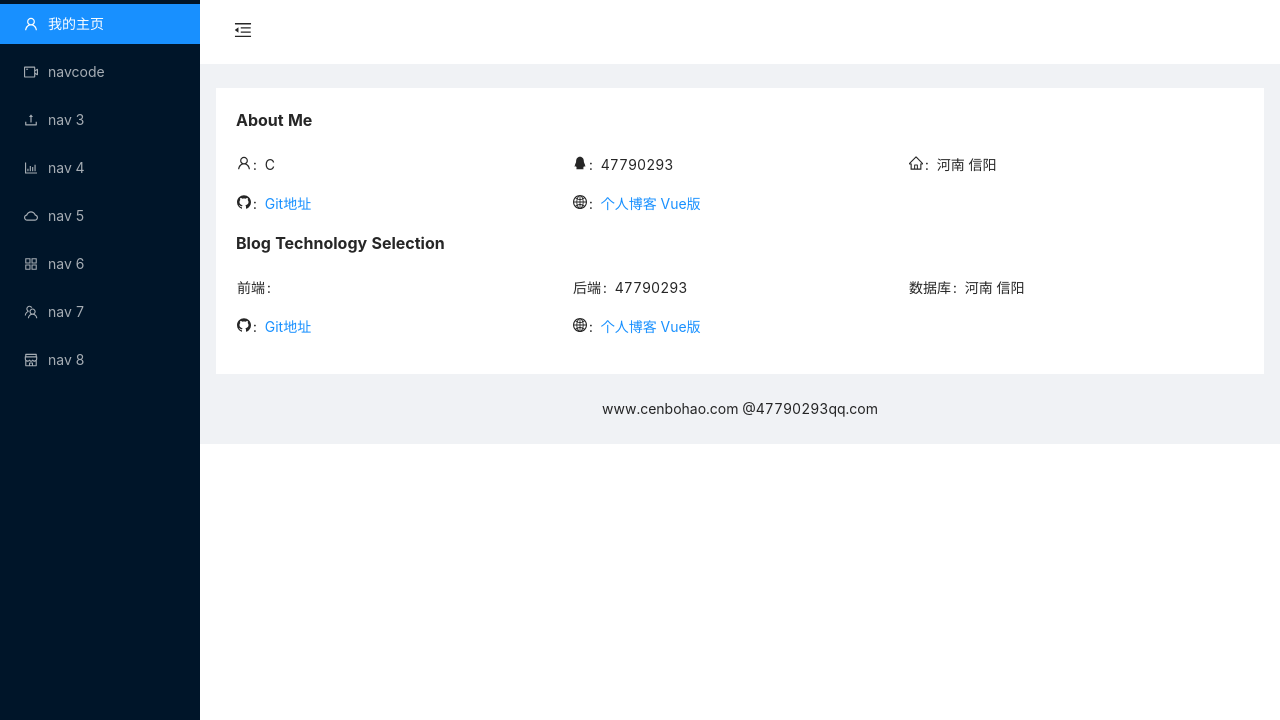
Repository: CBH20010703/bolgsweb
Page: /index (app in blogs/)
An editor plug-in stored every save of this project. The page is shown before and after the next save, followed by the edit.
The browser window is 1280 px wide. The pictures show the whole page.
The project was rebuilt for these pictures with package versions that can differ from the ones it lists, and the page was loaded fresh each time. Also part of the build but not shown: blogs/src/view/Login/Login.jsx, blogs/src/component/Menu/MenuList.css, blogs/src/view/Home/Home.css, blogs/src/view/NavCode/NavCode.css, blogs/src/view/NavCode/NavCode.jsx, blogs/src/view/404/Error.jsx.

Above is the page before, as saved 2021-06-27 22:35:00.

### blogs/src/index.js
import React from 'react';
import ReactDOM from 'react-dom';
import './index.css';
import App from './App';
import { BrowserRouter} from 'react-router-dom'


ReactDOM.render(<BrowserRouter><App /></BrowserRouter>,document.getElementById('root'));

### blogs/src/App.js
import './App.css';
import { React, Component } from "react";

import  RouterMap from "./router/RouterMap"
export default class  App extends Component {
  constructor(props) {
    super(props);
    this.state = {  collapsed: false, }
  }
  toggle = (data) => {
     console.log(data)
    this.setState({
      collapsed: data,
    });
  };
  render() {
    return (
      <RouterMap/>
    );
  }
}

### blogs/src/router/RouterMap.js
import React from 'react'
import {  Route, Switch} from 'react-router-dom'
import Login from "../view/Login/Login"
import Context from '../view/context/context'
import Error from '../view/404/Error'
export default class RouterMap  extends React.Component {
    render() {
        return (


            <Switch>
                 <Route  path="/"  component={Context}/>
                <Route path="/login" component={Login} />

                    <Route path="*" component={Error} />

               </Switch>


        )
    }
}

### blogs/src/view/context/context.jsx

import { React, Component } from "react";
import Headers from '../../component/Header/Headers';
import MenuList from '../../component/Menu/MenuList';
import Footers from '../../component/Footer/Footers';

import { Layout } from 'antd';
import { Redirect, Route, Switch } from 'react-router-dom'
import Home from "../Home/Home.jsx";
import Navcode from "../NavCode/NavCode.jsx"
import Error from "../404/Error";
const { Content, Sider } = Layout;
export default class Context extends Component {
  constructor(props) {
    super(props);
    this.state = { collapsed: false, }
  }
  toggle = (data) => {
    console.log(data)
    this.setState({
      collapsed: data,
    });
  };
  render() {
    return (

      <Layout>
        <Sider trigger={null} collapsible collapsed={this.state.collapsed}
          style={{
            overflow: 'auto',
            height: '100vh',
            position: 'fixed',
            left: 0,
          }}
        >
          <MenuList />
        </Sider>
        <Layout className="site-layout" style={{ paddingLeft: this.state.collapsed ? "60px" : "200px", transition: "0.1s ease" }}>
          <Headers toggle={this.toggle} parent={this.state.collapsed}></Headers>
          <Content style={{ margin: '24px 16px 0', height: "auto", background: "#fff" }}>
            <Switch>
              <Route path="/index" component={Home} />
              <Route path="/NavCode" component={Navcode} />
              <Route path="*" component={Error} />
              <Redirect to="/index"></Redirect>
            </Switch>
          </Content>
          <Footers />
        </Layout>
      </Layout>


    );
  }
}

### blogs/src/component/Header/Headers.jsx
import React, { Component } from 'react'
import { Layout } from 'antd';


import {
  MenuUnfoldOutlined,
  MenuFoldOutlined,
} from '@ant-design/icons';
import "./Headers.css"
const { Header } = Layout;
export default class Headers extends Component {
    constructor(props) {
        super(props)
        this.state = {
            isShow:false
        }
    }
    Tab = () => {
        let { isShow } = this.state;
        this.setState({
            isShow:!isShow
        })
        this.props.toggle(!isShow);

    }
    render() {

        return (

                <Header className="site-layout-background" style={{ paddingLeft:"10px" }} >
                     {React.createElement(this.state.isShow ? MenuUnfoldOutlined : MenuFoldOutlined, {
              className: 'trigger',
                         onClick: this.Tab,

            })}
                </Header>

        )
    }
}

### blogs/src/component/Menu/MenuList.jsx
import React, { Component } from 'react'
import { Menu } from 'antd';
import {Link} from 'react-router-dom'
import "./MenuList.css"
import {
  AppstoreOutlined,
  BarChartOutlined,
  CloudOutlined,
  ShopOutlined,
  TeamOutlined,
  UserOutlined,
  UploadOutlined,
  VideoCameraOutlined,
} from '@ant-design/icons';
export default class MenuList extends Component {
  render() {
    return (

         <Menu theme="dark" mode="inline" defaultSelectedKeys={['1']}>
          <Menu.Item key="1"  icon={<UserOutlined />}>
          <Link to="/index"> 我的主页
            </Link>

          </Menu.Item>
          <Menu.Item key="2" icon={<VideoCameraOutlined />}>
          <Link to="/NavCode"> navcode
            </Link>

          </Menu.Item>
          <Menu.Item key="3" icon={<UploadOutlined />}>
            nav 3
          </Menu.Item>
          <Menu.Item key="4" icon={<BarChartOutlined />}>
            nav 4
          </Menu.Item>
          <Menu.Item key="5" icon={<CloudOutlined />}>
            nav 5
          </Menu.Item>
          <Menu.Item key="6" icon={<AppstoreOutlined />}>
            nav 6
          </Menu.Item>
          <Menu.Item key="7" icon={<TeamOutlined />}>
            nav 7
          </Menu.Item>
          <Menu.Item key="8" icon={<ShopOutlined />}>
            nav 8
          </Menu.Item>
        </Menu>
    )
  }
}

### blogs/src/component/Footer/Footers.jsx
import React, { Component } from 'react'
import { Layout } from 'antd';
const {  Footer } = Layout;
export default class Footers extends Component {
    render() {
        return (
            <div>
               <Footer style={{ textAlign: 'center' }}>www.cenbohao.com @47790293qq.com</Footer>
            </div>
        )
    }
}

### blogs/src/view/Home/Home.jsx
import React, { Component } from 'react'
import "./Home.css"
import { Descriptions, Progress } from 'antd';
import { UserOutlined, QqOutlined, HomeOutlined, GithubOutlined, GlobalOutlined } from '@ant-design/icons';
export default class Home extends Component {

    handleClick = e => {
        console.log('click ', e);
    };
    render() {
        return (

            <div style={{ padding: "20px" }}>
                <Descriptions title="About Me">
                    <Descriptions.Item label={<UserOutlined />}>C</Descriptions.Item>
                    <Descriptions.Item label={<QqOutlined />}>47790293</Descriptions.Item>
                    <Descriptions.Item label={<HomeOutlined />}>河南 信阳</Descriptions.Item>
                    <Descriptions.Item label={<GithubOutlined />}><a href="https://github.com/CBH20010703"  >Git地址</a></Descriptions.Item>
                    <Descriptions.Item label={<GlobalOutlined />} span={2}>
                        <a href="http://www.cenbohao.com/">个人博客 Vue版</a>
                    </Descriptions.Item>
                </Descriptions>

                <Descriptions title="Blog Technology Selection">
                    <Descriptions.Item label="前端"></Descriptions.Item>
                    <Descriptions.Item label="后端">47790293</Descriptions.Item>
                    <Descriptions.Item label="数据库">河南 信阳</Descriptions.Item>
                    <Descriptions.Item label={<GithubOutlined />}><a href="https://github.com/CBH20010703"  >Git地址</a></Descriptions.Item>
                    <Descriptions.Item label={<GlobalOutlined />} span={2}>
                        <a href="http://www.cenbohao.com/">个人博客 Vue版</a>
                    </Descriptions.Item>
                </Descriptions>
            </div>

        )
    }
}

### blogs/src/component/Header/Headers.css
.site-layout .site-layout-background {
    background: #fff;
}

 .trigger {
    padding: 0 24px;
    font-size: 18px;
    line-height: 64px;
    cursor: pointer;
    transition: color 0.3s;
}

 .trigger:hover {
    color: #1890ff;
}

Loaded but not shown: blogs/public/index.html (common file); blogs/src/index.css (common file); blogs/src/App.css (common file)

After the next save:
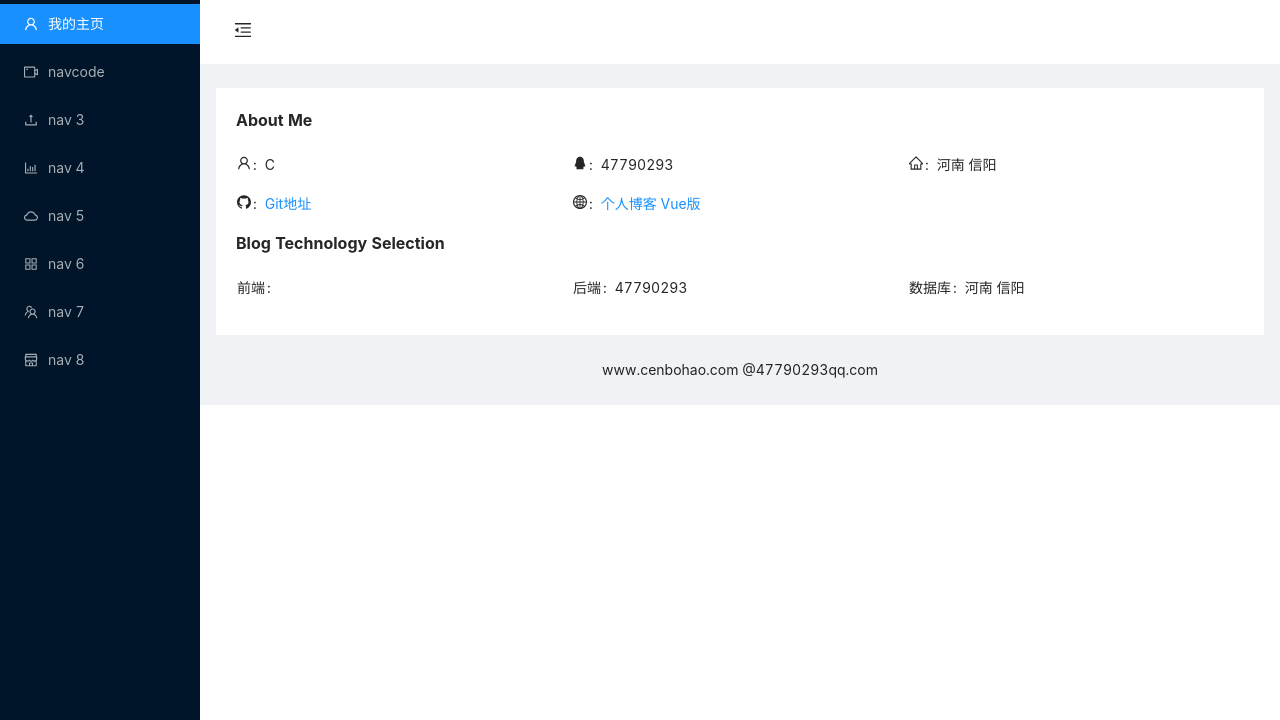
Saved 4 s later.
--- a/blogs/src/view/Home/Home.jsx
+++ b/blogs/src/view/Home/Home.jsx
@@ -25,10 +25,7 @@
                     <Descriptions.Item label="前端"></Descriptions.Item>
                     <Descriptions.Item label="后端">47790293</Descriptions.Item>
                     <Descriptions.Item label="数据库">河南 信阳</Descriptions.Item>
-                    <Descriptions.Item label={<GithubOutlined />}><a href="https://github.com/CBH20010703"  >Git地址</a></Descriptions.Item>
-                    <Descriptions.Item label={<GlobalOutlined />} span={2}>
-                        <a href="http://www.cenbohao.com/">个人博客 Vue版</a>
-                    </Descriptions.Item>
+
                 </Descriptions>
             </div>
 

After the save that followed:
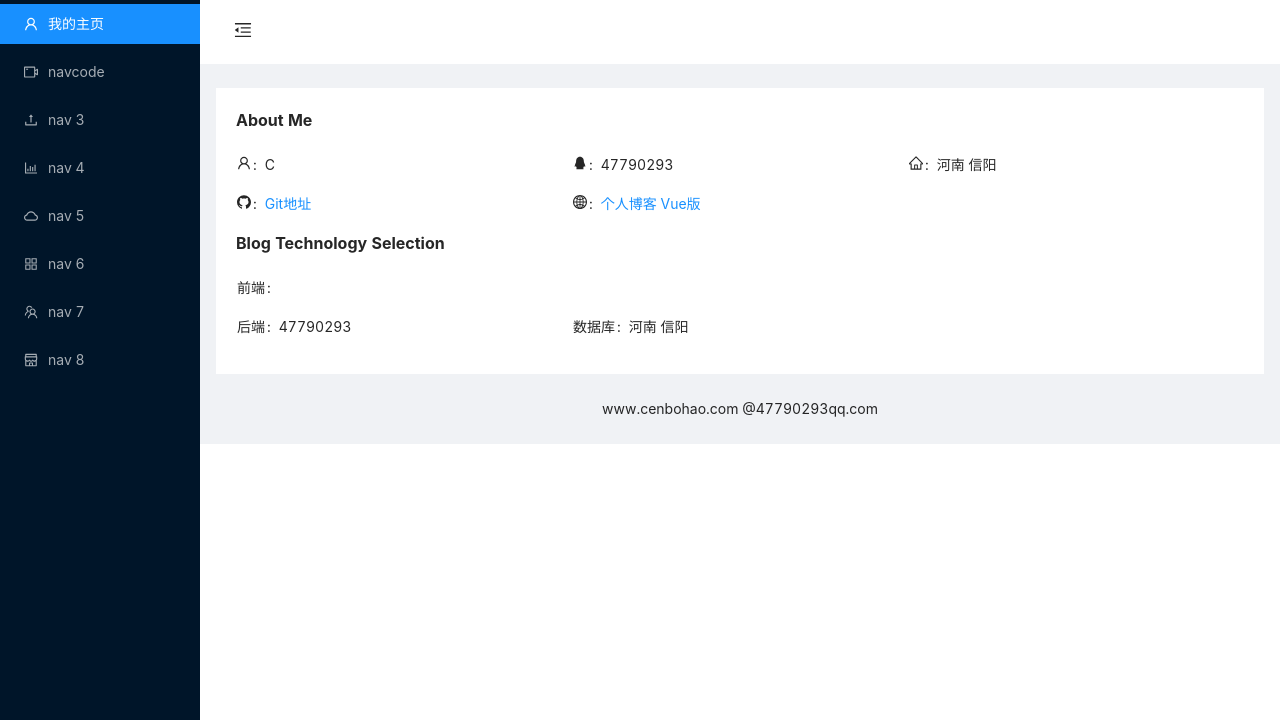
Saved 12 s later.
--- a/blogs/src/view/Home/Home.jsx
+++ b/blogs/src/view/Home/Home.jsx
@@ -22,7 +22,7 @@
                 </Descriptions>
 
                 <Descriptions title="Blog Technology Selection">
-                    <Descriptions.Item label="前端"></Descriptions.Item>
+                    <Descriptions.Item span={3} label="前端"></Descriptions.Item>
                     <Descriptions.Item label="后端">47790293</Descriptions.Item>
                     <Descriptions.Item label="数据库">河南 信阳</Descriptions.Item>
 
